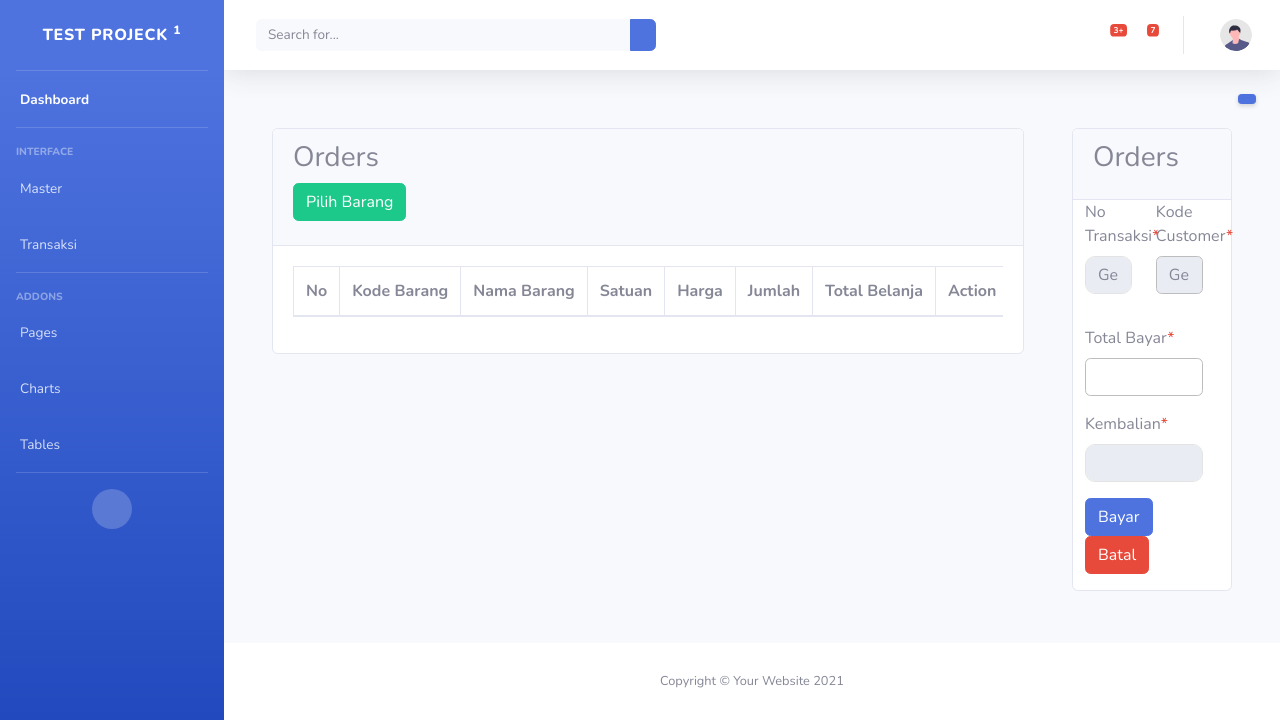
Repository: sellayspy/laravel123
Page: http://localhost/transaksis
These files come from the project's save history. The page is drawn as it stood at one moment and after the next save; the edit follows.
The browser window is 1280 px wide. The pictures show the whole page.
The page is served by the project's Laravel application, run on PHP 8.4 with Laravel 10. Other server files are loaded and not shown. Queries for data that is not in the repository find no rows.

Above is the page before, as saved 2023-10-30 14:30:54.
Console error: ReferenceError: jQuery is not defined

### app/Http/Helpers/helpers.php
<?php

use function Termwind\terminal;

function format_uang  ($angka)
{
    return number_format($angka, 0,',', '.');
}


function terbilang ($angka)  {
    $angka = abs($angka);
    $baca = array('','satu','dua','tiga','empat','lima','enam','tujuh','delapan','sembilan','sepuluh','sebelas');
    $terbilang = '';

    if ($angka < 12) {
        $terbilang =' ' . $baca[$angka];
    }elseif ($angka < 20) { // 12-19
        $terbilang = terbilang($angka -10) . 'belas';
    }elseif ($angka < 100) { // 20-99
        $terbilang = terbilang($angka / 10) . 'puluh' . terbilang($angka % 10);
    }elseif ($angka < 200) { // 100-199
        $terbilang = 'seratus' . terbilang($angka -100);
    }elseif ($angka < 1000) { // 200-999
        $terbilang = terbilang($angka / 100). 'ratus' . terbilang($angka % 10);
    }elseif ($angka < 2000) { // 1.000-1.999
        $terbilang = 'seribu' . terbilang($angka - 1000);
    }elseif ($angka < 1000000) { // 2.000-999.999
        $terbilang = terbilang($angka /1000).'ribu'.terbilang($angka % 1000);
    }elseif ($angka < 1000000000) { // 1.000.000-999.999.999
        $terbilang = terbilang($angka / 1000000).'juta'. terbilang($angka % 1000000);
    }

    return $terbilang;
}

function tanggal_indonesia($tgl,$tampil_hari = true)
{
    $nama_hari = array(
        'Minggu','Senin','Selasa','Rabu','Kamis','Jum\'at','Sabtu');
    $nama_bulan = array(1 =>
        'Januari','Februari','Maret','April','Mei','Juni','Juli','Agustus','September','Oktober','November','Desember');

        $tahun = substr($tgl,0,4);
        $bulan = $nama_bulan[(int) substr($tgl,5,2)];
        $tanggal = substr($tgl,8,2);
        $text ='';

        if ($tampil_hari) {
            $urutan_hari = date('w',mktime(0,0,0, substr($tgl,5,2),$tanggal,$tahun));
            $hari   = $nama_hari[$urutan_hari];
            $text  .= "$hari, $tanggal $bulan $tahun";
        }
        return $text;
}

### routes/web.php
<?php

use App\Http\Controllers\BarangController;
use App\Http\Controllers\CustomerController;
use App\Http\Controllers\SuplierController;
use App\Http\Controllers\TransaksiDetailController;
use Illuminate\Support\Facades\Route;

/*
|--------------------------------------------------------------------------
| Web Routes
|--------------------------------------------------------------------------
|
| Here is where you can register web routes for your application. These
| routes are loaded by the RouteServiceProvider and all of them will
| be assigned to the "web" middleware group. Make something great!
|
*/
Route::get('dashboard',function(){
    return view('dashboard');
})->name('dashboard');

Route::resource('barangs',BarangController::class);

Route::resource('customers',CustomerController::class);

Route::resource('supliers',SuplierController::class);

Route::resource('transaksis',TransaksiDetailController::class);

### app/Http/Controllers/TransaksiDetailController.php
<?php

namespace App\Http\Controllers;

use App\Models\Barang;
use App\Models\Customer;
use Illuminate\Http\Request;

class TransaksiDetailController extends Controller
{
    public function index()
    {
        $barang = Barang::orderBy('nmBarang')->get();
        $customer = Customer::orderBy('nmCustomer')->get();
         return  view('transaksi.index',compact('barang','customer'));
    }
}

### app/Models/Barang.php
<?php

namespace App\Models;

use Illuminate\Database\Eloquent\Factories\HasFactory;
use Illuminate\Database\Eloquent\Model;

class Barang extends Model
{
    use HasFactory;

    protected $fillable = [
        'kdBarang',
        'nmBarang',
        'satuan',
        'hargaSatuan',
        'stock',
        'tglExpired'
    ];
}

### app/Models/Customer.php
<?php

namespace App\Models;

use Illuminate\Database\Eloquent\Factories\HasFactory;
use Illuminate\Database\Eloquent\Model;
use Illuminate\Database\Eloquent\Relations\HasManyThrough;
use Illuminate\Database\Eloquent\Relations\BelongsToMany;

class Customer extends Model
{
    use HasFactory;
    protected $table = 'customers';
    protected $fillable = [
        'kdCustomer',
        'nmCustomer',
        'alamat',
        'noTelepon'
    ];


}

### resources/views/transaksi/index.blade.php
@extends('layouts.main')
@section('contents')
    <style>
        .form-control {
            border-color: #bdbdbd;
        }

        .form-control-solid {
            border-color: #e3e3e3;
            border-radius: 10px;
        }
    </style>
    <div class="d-flex flex-column-fluid">
        <div class="container">
            <div class="card card-custom">
                <div class="card-header">
                    <div class="card-title">
                        <span class="card-icon">
                            <i class="flaticon2-supermarket text-primary"></i>
                        </span>
                        <h3 class="card-label">Orders</h3>
                        <button type="button" class="btn btn-success" data-toggle="modal"
                            data-target=".bd-example-modal-lg">Pilih Barang</button>
                    </div>
                </div>
                <div class="row">
                    <div class="col-md-12">
                        <div class="card-body">
                            <!--begin: Datatable-->
                            <div class="table-responsive text-nowrap" style="width: 710px">
                                <table class="table table-bordered table-hover table-checkable table-responsive"
                                    id="data_order" style="margin-top: 13px !important, margin-right:13px;">
                                    <thead>
                                        <tr>
                                            <th>No</th>
                                            <th>Kode Barang</th>
                                            <th>Nama Barang</th>
                                            <th>Satuan</th>
                                            <th>Harga</th>
                                            <th>Jumlah</th>
                                            <th>Total Belanja</th>
                                            <th>Action</th>
                                        </tr>
                                    </thead>
                                    <tbody id="show_data">

                                    </tbody>
                                </table>
                                <div class="modal fade bd-example-modal" id="ModalHapus" tabindex="-1" role="dialog"
                                    aria-labelledby="myModalLabel" aria-hidden="true">
                                    <div class="modal-dialog" role="document">
                                        <div class="modal-content">
                                            <div class="modal-header">
                                                <button type="button" class="close" data-dismiss="modal"
                                                    aria-label="Close">
                                                    <h4 class="modal-title" id="myModalLabel">Hapus Barang</h4>
                                            </div>
                                            <form class="form-horizontal">
                                                <div class="modal-body">

                                                    <input type="hidden" name="id" id="textkode" value="">
                                                    <div class="alert alert-warning">
                                                        <p>Apakah Anda yakin mau memhapus barang ini?</p>
                                                    </div>

                                                </div>
                                                <div class="modal-footer">
                                                    <button type="button" class="btn btn-secondary"
                                                        data-bs-dismiss="modal">Close</button>
                                                    <button class="btn_hapus btn btn-danger" id="btn_hapus">Hapus</button>
                                                </div>
                                            </form>
                                        </div>
                                    </div>
                                </div>
                                <div class="modal fade bd-example-modal" id="ModalLunas" tabindex="-1" role="dialog"
                                    aria-labelledby="myModalLabel" aria-hidden="true">
                                    <div class="modal-dialog" role="document">
                                        <div class="modal-content">
                                            <div class="modal-header">
                                                <button type="button" class="close" data-dismiss="modal"
                                                    aria-label="Close">
                                                    <h4 class="modal-title" id="myModalLabel">Yakin Pembelian Sudah Benar?
                                                    </h4>
                                            </div>
                                            <form action="/struck" class="form-horizontal">
                                                <div class="modal-body">
                                                    <div class="alert alert-info">
                                                        <p>Tekan Bayar Jika Sudah Benar</p>
                                                    </div>
                                                </div>
                                                <input type="text" class="form-control form-control-solid"
                                                    placeholder="Generate Otomatis" readonly value="{{ rand(0000, 9999) }}"
                                                    name="id_transaction" id="id_transaction" hidden />
                                                <input type="text" class="form-control form-control-solid"
                                                    placeholder="Generate Otomatis" readonly value=""
                                                    name="id_user" id="id_user" hidden />
                                                <div class="modal-footer">
                                                    <button type="button" class="btn btn-secondary"
                                                        data-bs-dismiss="modal">Close</button>
                                                    <button class="btn_hapus btn btn-primary" id="lunas">Bayar</button>
                                                </div>
                                            </form>
                                        </div>
                                    </div>
                                </div>
                                <div class="modal fade bd-example-modal" id="ModalBatal" tabindex="-1" role="dialog"
                                    aria-labelledby="myModalLabel" aria-hidden="true">
                                    <div class="modal-dialog" role="document">
                                        <div class="modal-content">
                                            <div class="modal-header">
                                                <button type="button" class="close" data-dismiss="modal"
                                                    aria-label="Close">
                                                    <h4 class="modal-title" id="myModalLabel">Yakin Ingin Membatalkan?
                                                    </h4>
                                            </div>
                                            <form class="form-horizontal">
                                                <div class="modal-body">
                                                    <div class="alert alert-info">
                                                        <p>Tekan Batal</p>
                                                    </div>
                                                </div>
                                                <div class="modal-footer">
                                                    <button type="button" class="btn btn-secondary"
                                                        data-bs-dismiss="modal">Close</button>
                                                    <button class="btn_hapus btn btn-primary"
                                                        id="batal">Batal</button>
                                                </div>
                                            </form>
                                        </div>
                                    </div>
                                </div>
                                <!--end: Datatable-->
                            </div>
                        </div>
                    </div>
                </div>
            </div>
        </div>
        <div class="container">
            <div class="card card-custom">
                <div class="card-header">
                    <div class="card-title">
                        <span class="card-icon">
                            <i class="flaticon2-supermarket text-primary"></i>
                        </span>
                        <h3 class="card-label">Orders</h3>
                    </div>
                </div>
                <div class="row" style="margin-left: 0px;">
                    <div class="col-md-5">

                        <div class="form-group">
                            <label>No Transaksi<span class="text-danger">*</span></label>
                            <input type="text" class="form-control form-control-solid" placeholder="Generate Otomatis"
                                readonly value="" name="cabang" id="cabang" />
                            <input type="text" class="form-control form-control-solid" placeholder="Generate Otomatis"
                                readonly value="" name="id_cabang" id="id_cabang" hidden />
                        </div>
                    </div>
                    <div class="col-md-5">
                        <div class="form-group">
                            <label>Kode Customer<span class="text-danger">*</span></label>
                            <input type="text" class="form-control" placeholder="Generate Otomatis"
                                readonly value="" name="name" id="name" />
                            <input type="text" class="form-control" placeholder="Generate Otomatis"
                                readonly value="" name="id_user" id="id_user" hidden />
                        </div>
                    </div>
                    <div class="col-md-10">
                        <div class="form-group gettotalbarang">
                        </div>
                    </div>
                    <div class="col-md-10">
                        <div class="form-group cash-all-lunas">
                            <label>Total Bayar<span class="text-danger">*</span>
                            </label>
                            <input type="text" id="cash" name="cash" onkeyup="getcashback(this.value)"
                                class="form-control rupiah" min="0" max="100" required>
                        </div>
                    </div>
                    <div class="col-md-10">
                        <div class="form-group">
                            <label>Kembalian<span class="text-danger">*</span></label>
                            <input type="text" id="caseback" class="form-control form-control-solid" readonly
                                name="caseback" min="0" max="100">
                        </div>
                    </div>
                    <div class="col-md-10" id="lunas-modal">
                        <div class="form-group">
                            <button class="btn btn-primary" id="lunas">Bayar</button>
                            <button class="btn btn-danger" id="batal">Batal</button>
                        </div>
                    </div>

                </div>
            </div>
        </div>
        <div class="modal fade bd-example-modal-lg" tabindex="-1" role="dialog" aria-labelledby="myLargeModalLabel"
            aria-hidden="true">
            <div class="modal-dialog modal-lg">
                <div class="modal-content">
                    <div class="modal-header">
                        <h5 class="modal-title">Pilih Barang</h5>
                        <button type="button" class="close" data-dismiss="modal" aria-label="Close">
                            <span aria-hidden="true">&times;</span>
                        </button>
                    </div>
                    <div class="card-body">
                        <div class="table-responsive text-nowrap">
                            <table class="table table-bordered table-hover table-checkable table-responsive"
                                id="datatable" style="margin-top: 13px !important, margin-right:13px;">
                                <thead>
                                    <tr>
                                        <th>No</th>
                                        <th hidden>id</th>
                                        <th>Nama Barang</th>
                                        <th>Kategori</th>
                                        <th>Harga</th>
                                        <th>stok</th>
                                        <th>Jumlah</th>
                                        <th>Satuan</th>
                                        <th>Actions</th>

                                    </tr>
                                </thead>

                                <tbody id="data_product">


                                </tbody>

                            </table>
                        </div>
                    </div>
                </div>
            </div>
        </div>

    </div>

@endsection

### resources/views/layouts/main.blade.php
<!DOCTYPE html>
<html lang="en">
  <head>
    <meta charset="utf-8" >
    <meta http-equiv="X-UA-Compatible" content="IE=edge" >
    <meta
      name="viewport"
      content="width=device-width, initial-scale=1, shrink-to-fit=no"
    >
    <meta name="description" content="" >
    <meta name="author" content="" >

    <title>TesProject</title>

    <!-- Custom fonts for this template-->
    <link
      href="{{ asset('vendor/fontawesome-free/css/all.min.css') }}"
      rel="stylesheet"
      type="text/css"
    >
    <link
      href="https://fonts.googleapis.com/css?family=Nunito:200,200i,300,300i,400,400i,600,600i,700,700i,800,800i,900,900i"
      rel="stylesheet"
    >

    <!-- Custom styles for this template-->
    <link href="{{ asset('css/sb-admin-2.min.css') }}"  rel="stylesheet">
  </head>

  <body id="page-top">
    <!-- Page Wrapper -->
    <div id="wrapper">
      <!-- Sidebar -->
      @include('layouts.sidebar')
      </ul>
      <!-- End of Sidebar -->

      <!-- Content Wrapper -->
      <div id="content-wrapper" class="d-flex flex-column">
        <!-- Main Content -->
        <div id="content">
          <!-- Topbar -->
         @include('layouts.navbar')


          <!-- Begin Page Content -->
          <div class="container-fluid">

          <div class="d-sm-flex align-items-center justify-content-between mb-4">
            <h1 class="h3 mb-0 text-gray-800">@yield('title')</h1>
            <a href="#" class="d-none d-sm-inline-block btn btn-sm btn-primary shadow-sm"></a>
          </div>

          @yield('contents')

          </div>
          <!-- /.container-fluid -->
        </div>
        <!-- End of Main Content -->

        <!-- Footer -->
       @include('layouts.footer')
        <!-- End of Footer -->
      </div>
      <!-- End of Content Wrapper -->
    </div>
    <!-- End of Page Wrapper -->

    <!-- Scroll to Top Button-->
    <a class="scroll-to-top rounded" href="#page-top">
      <i class="fas fa-angle-up"></i>
    </a>

    <!-- Logout Modal-->
    <div
      class="modal fade"
      id="logoutModal"
      tabindex="-1"
      role="dialog"
      aria-labelledby="exampleModalLabel"
      aria-hidden="true"
    >
      <div class="modal-dialog" role="document">
        <div class="modal-content">
          <div class="modal-header">
            <h5 class="modal-title" id="exampleModalLabel">Ready to Leave?</h5>
            <button
              class="close"
              type="button"
              data-dismiss="modal"
              aria-label="Close"
            >
              <span aria-hidden="true">×</span>
            </button>
          </div>
          <div class="modal-body">
            Select "Logout" below if you are ready to end your current session.
          </div>
          <div class="modal-footer">
            <button
              class="btn btn-secondary"
              type="button"
              data-dismiss="modal"
            >
              Cancel
            </button>
            <a class="btn btn-primary" href="login.html">Logout</a>
          </div>
        </div>
      </div>
    </div>

    <!-- Bootstrap core JavaScript-->
    <script src="{{ asset('vendor/jquery/jquery.min.js') }}"></script>
    <script src="{{ asset('vendor/bootstrap/js/bootstrap.bundle.min.js') }}"></script>

    <!-- Core plugin JavaScript-->
    <script src="{{ asset('vendor/jquery-easing/jquery.easing.min.js') }}"></script>

    <!-- Custom scripts for all pages-->
    <script src="{{ asset('js/sb-admin-2.min.js') }}"></script>

    <!-- Page level plugins -->
    <script src="{{ asset('vendor/chart.js/Chart.min.js') }}"></script>

  </body>
</html>

### resources/views/layouts/footer.blade.php
<footer class="sticky-footer bg-white">
  <div class="container my-auto">
    <div class="copyright text-center my-auto">
      <span>Copyright &copy; Your Website 2021</span>
    </div>
  </div>
</footer>

Loaded but not shown: app/Http/Controllers/Controller.php (common file); public/css/sb-admin-2.min.css (library); public/js/sb-admin-2.min.js (common file); public/img/undraw_profile.svg (38 lines, source omitted); public/img/undraw_profile_3.svg (47 lines, source omitted); public/img/undraw_profile_2.svg (44 lines, source omitted); public/img/undraw_profile_1.svg (38 lines, source omitted); resources/views/layouts/navbar.blade.php (186 lines, source omitted); resources/views/layouts/sidebar.blade.php (149 lines, source omitted)

After the next save:
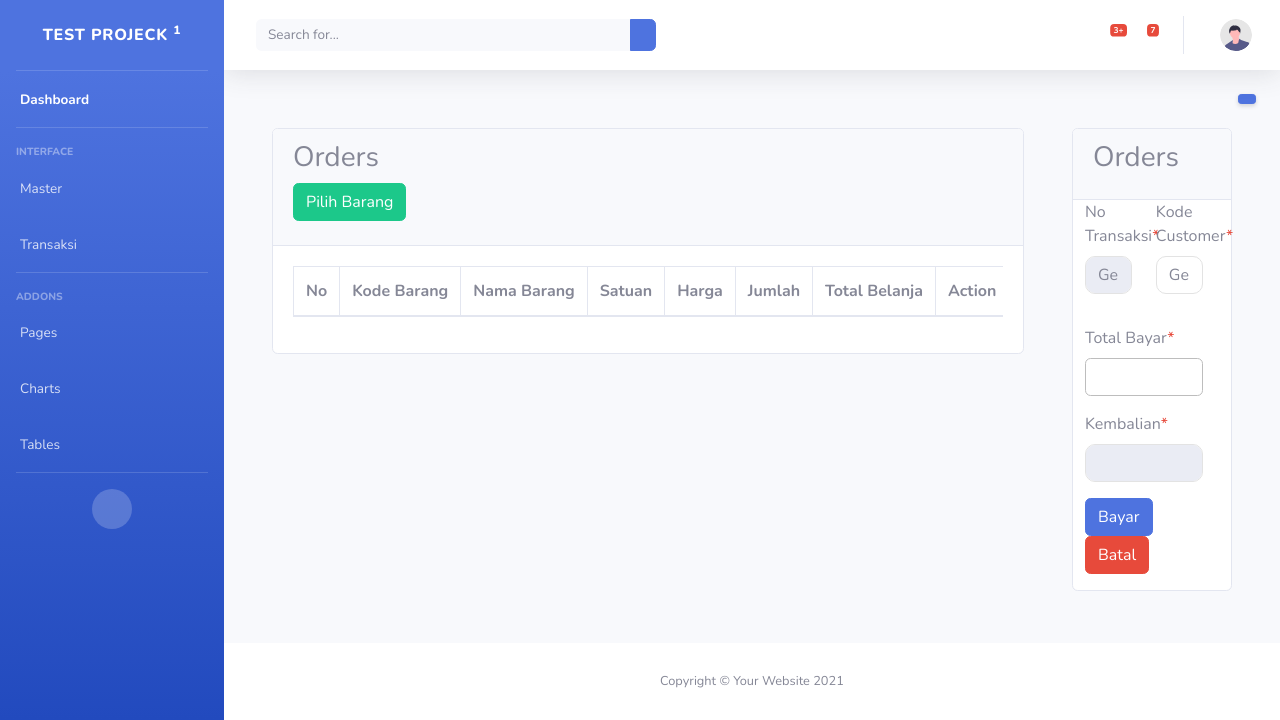
Saved 28 s later.
--- a/resources/views/transaksi/index.blade.php
+++ b/resources/views/transaksi/index.blade.php
@@ -161,10 +161,10 @@
                     <div class="col-md-5">
                         <div class="form-group">
                             <label>Kode Customer<span class="text-danger">*</span></label>
-                            <input type="text" class="form-control" placeholder="Generate Otomatis"
-                                readonly value="" name="name" id="name" />
-                            <input type="text" class="form-control" placeholder="Generate Otomatis"
-                                readonly value="" name="id_user" id="id_user" hidden />
+                            <input type="text" class="form-control form-control-solid" placeholder="Generate Otomatis"
+                                name="name" id="name" />
+                            <input type="text" class="form-control form-control-solid" placeholder="Generate Otomatis"
+                                name="id_user" id="id_user" hidden />
                         </div>
                     </div>
                     <div class="col-md-10">
